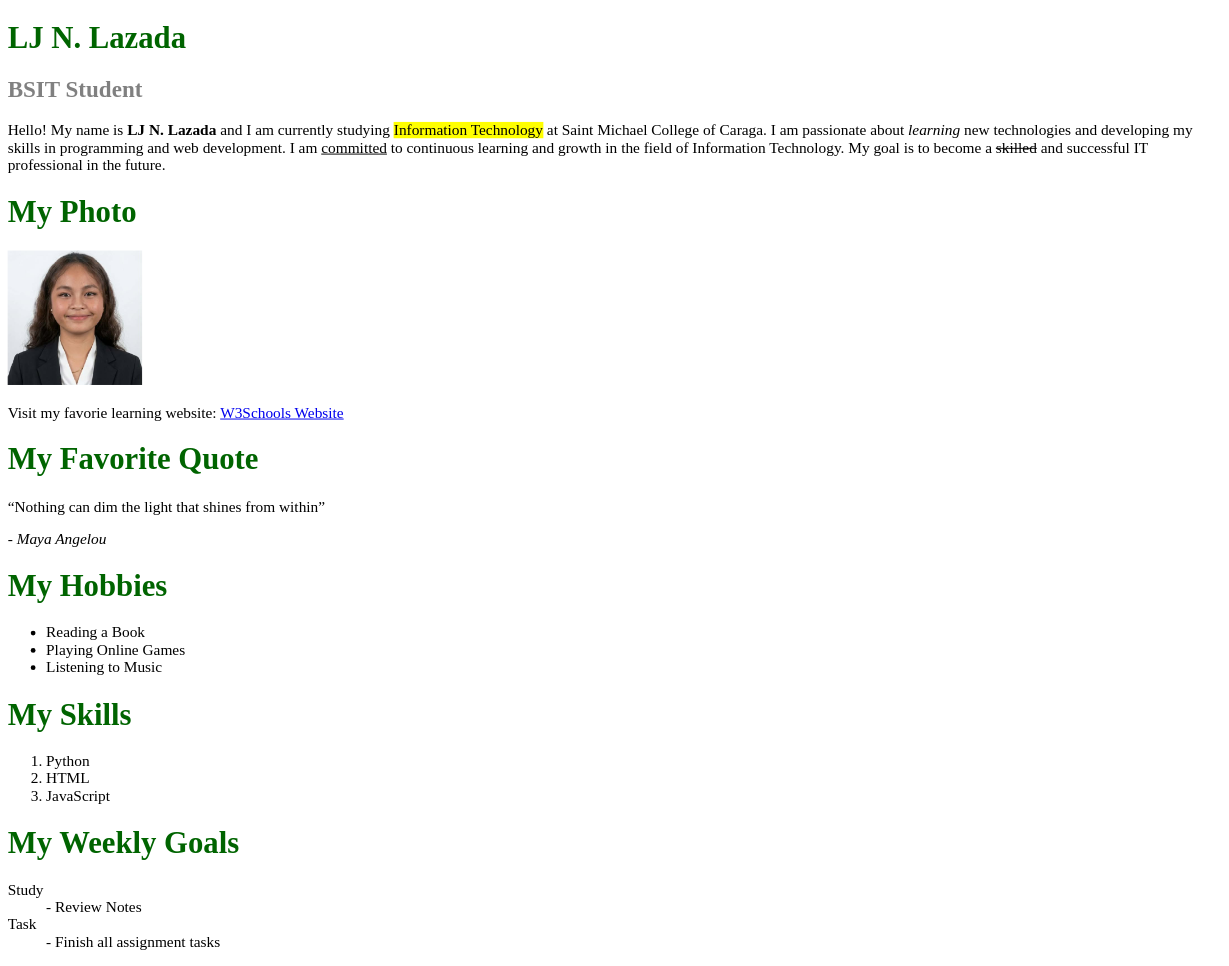
Repository: ljlazada11/myfirsthtml
Page: index.html
An editor plug-in stored every save of this project. The page is shown before and after the next save, followed by the edit.
The browser window is 1280 px wide. The pictures show the whole page, at 96% of full size.

Above is the page before, as saved 2026-06-24 20:16:51.

### index.html
<!DOCTYPE html>
<html lang="en">
<head>
    <meta charset="UTF-8">
    <meta name="viewport" content="width=device-width, initial-scale=1.0">
    <title>My Personal Web Profile</title>
    <link rel="icon" type="image/x-icon" href="images.png">

</head>
<body>
    <h1 style="color:darkgreen;">LJ N. Lazada</h1>
    <h2 style="color:gray;">BSIT Student</h2>
    <p>Hello! My name is <strong>LJ N. Lazada</strong> and I am currently studying <mark>Information Technology</mark> at Saint Michael College of Caraga. I am passionate about <i>learning</i> new technologies and developing my skills in programming and web development. I am <ins>committed</ins> to continuous learning and growth in the field of Information Technology. My goal is to become a <del>skilled</del> and successful IT professional in the future.</p>
</body>
    <h1 style="color:darkgreen;">My Photo</h1>
    <img src="pic.jpg" alt="My	Profile	Picture" width="140" height="140">
    <p> Visit my favorie learning website: <a href="https://www.w3schools.com/html/default.asp" target="_blank">W3Schools	Website</a></p>

<body>
    <h1 style="color:darkgreen;">My Favorite Quote</h1>
    <p><q>Nothing can dim the light that shines from within</q></p>
    <p><cite>- Maya Angelou</cite></p>
</body>
<body>
    <h1 style="color:darkgreen">My Hobbies</h1>
    <ul>
        <li>Reading a Book</li>
        <li>Playing Online Games</li>
        <li>Listening to Music</li>
    </ul>
</body>
    <h1 style="color:darkgreen">My Skills</h1>
    <ol>
        <li>Python</li>
        <li>HTML</li>
        <li>JavaScript</li>
    </ol>
<body>
    <h1 style="color:darkgreen">My Weekly Goals</h1>
    <dl>
        <dt>Study</dt>
        <dd>- Review Notes</dd>
        <dt>Task</dt>
        <dd>- Finish all assignment tasks</dd>
    </dl>

</body>


</html>

After the next save:
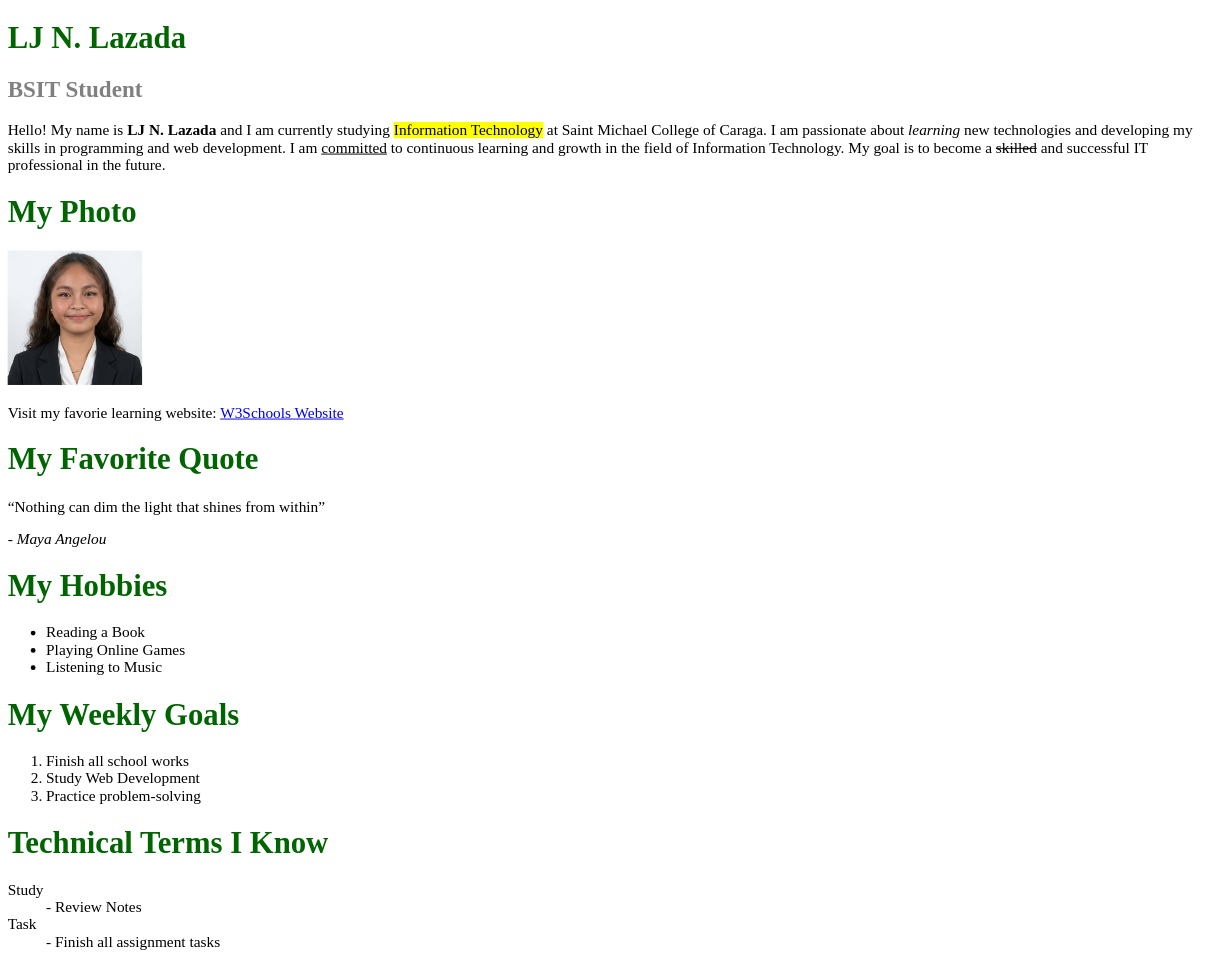
Saved 2 min 56 s later.
--- a/index.html
+++ b/index.html
@@ -29,14 +29,14 @@
         <li>Listening to Music</li>
     </ul>
 </body>
-    <h1 style="color:darkgreen">My Skills</h1>
+    <h1 style="color:darkgreen">My Weekly Goals</h1>
     <ol>
-        <li>Python</li>
-        <li>HTML</li>
-        <li>JavaScript</li>
+        <li>Finish all school works</li>
+        <li>Study Web Development</li>
+        <li>Practice problem-solving</li>
     </ol>
 <body>
-    <h1 style="color:darkgreen">My Weekly Goals</h1>
+    <h1 style="color:darkgreen">Technical Terms I Know</h1>
     <dl>
         <dt>Study</dt>
         <dd>- Review Notes</dd>
